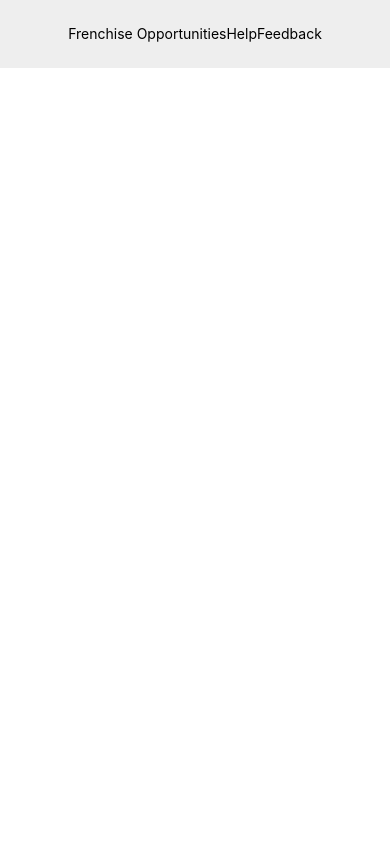
Repository: dodibahari019/TestFrontend
Screen: /
These files come from the project's save history. The screen is drawn as it stood at one moment and after a run of saves; the edit follows.
The app was drawn by React Native's web renderer in a window 390 px wide. The project was rebuilt for these pictures with package versions that can differ from the ones it lists, and the page was loaded fresh each time. Some packages were replaced by stand-ins written for this rebuild.

Above is the screen before, as saved 2024-12-30 15:05:04.

After the next 2 saves:
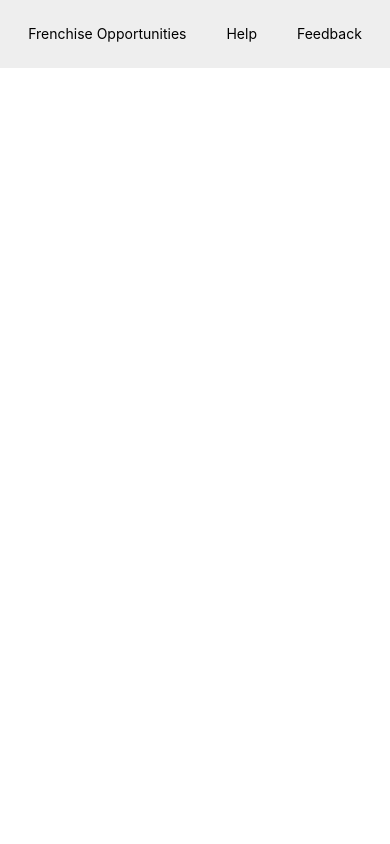
The 2 saves are shown as one change because they came seconds apart.
The last was saved 14 s later.
--- a/App.js
+++ b/App.js
@@ -8,13 +8,13 @@ export default function App() {
       {/* <Text>Open up App.js to start working on your app!</Text> */}
       <View style={{ width:'100%', height:'8%', flexDirection:'row', justifyContent:'space-around', position:'absolute', top:0, backgroundColor:'#eeeeee', justifyContent:'center', alignItems:'center' }}>
         <View style={{ flexDirection:'row', justifyContent:'space-between' }}>
-          <TouchableOpacity>
+          <TouchableOpacity style={{ marginHorizontal:20 }}>
             <Text style={{ color:'#000000' }}>Frenchise Opportunities</Text>
           </TouchableOpacity>
-          <TouchableOpacity>
+          <TouchableOpacity style={{ marginHorizontal:20 }}>
             <Text style={{ color:'#000000' }}>Help</Text>
           </TouchableOpacity>
-          <TouchableOpacity>
+          <TouchableOpacity style={{ marginHorizontal:20 }}>
             <Text style={{ color:'#000000' }}>Feedback</Text>
           </TouchableOpacity>
         </View>
